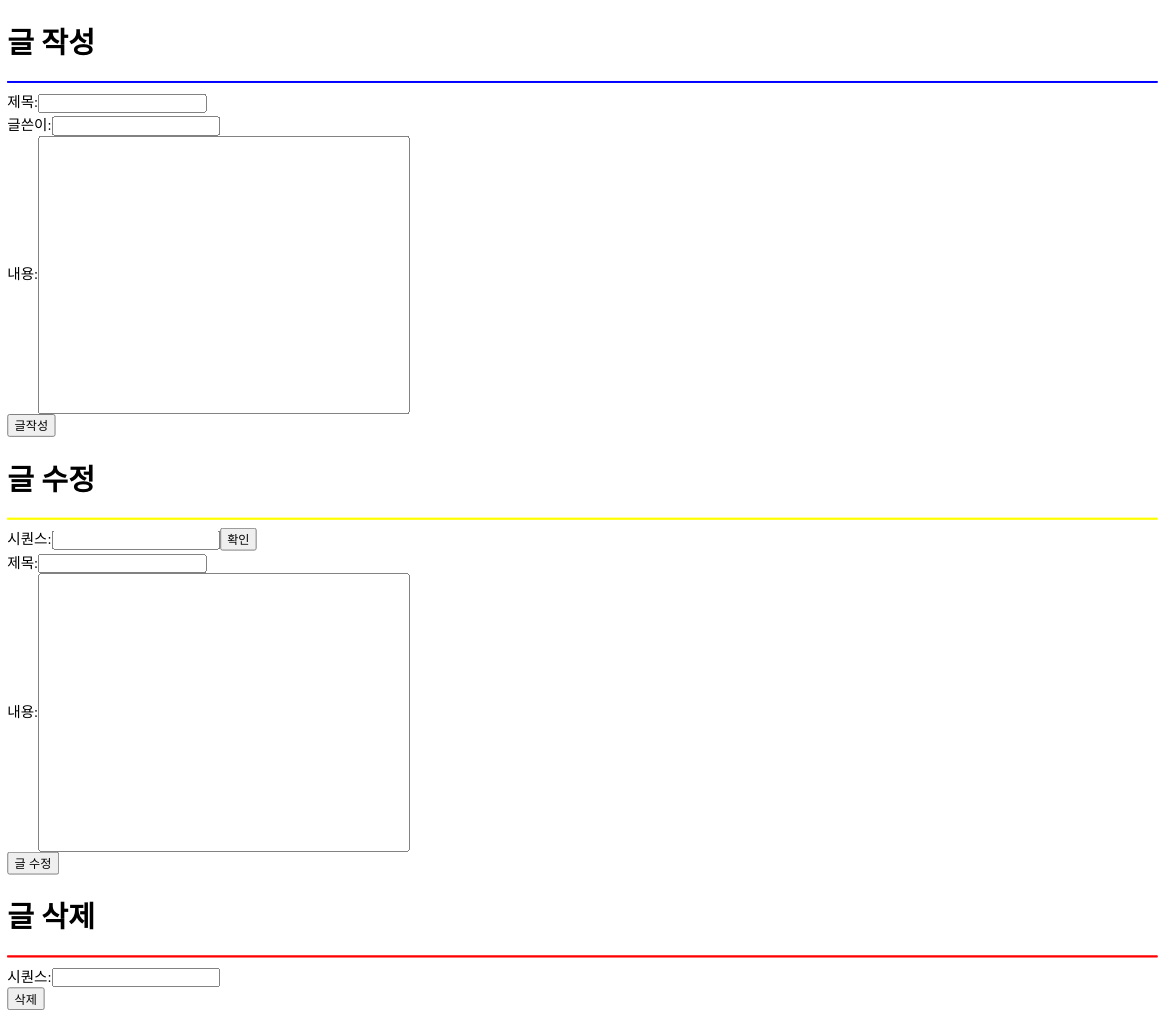
Repository: Yusubin/workEx
Page: test00/src/main/webapp/index.html
These files come from the project's save history. The page is drawn as it stood at one moment and after the next save; the edit follows.
The browser window is 1280 px wide. The pictures show the whole page, at 91% of full size.

Above is the page before, as saved 2022-02-15 01:56:23.

### test00/src/main/webapp/index.html
<!DOCTYPE html>
<html>
	<head>
	<meta charset="UTF-8">
	<title>Insert title here</title>
	</head>
	<body>
	<h1>글 작성</h1>
	<hr color="blue">
	<form action="create.jsp">
	제목:<input type="text" name="title"><br>
	글쓴이:<input type="text" name="name"><br>
	내용:<input type="text" name="content" style="width:400px; height:300px"><br>

	<button>글작성</button>


	</form>
	<h1>글 수정</h1>
	<hr color="yellow">
	<form action="update.jsp">
	시퀀스:<input type="text" name="idx"><button>확인</button><br>
	제목:<input type="text" name="title"><br>
	내용:<input type="text" name="content" style="width:400px; height:300px"><br>
	<button>글 수정</button>
	</form>

	<h1>글 삭제</h1>
	<hr color="red">
	<form action="delete.jsp">
	시퀀스:<input type="text" name="idx"><br>
	<button>삭제</button>
	</form>
</html>

After the next save:
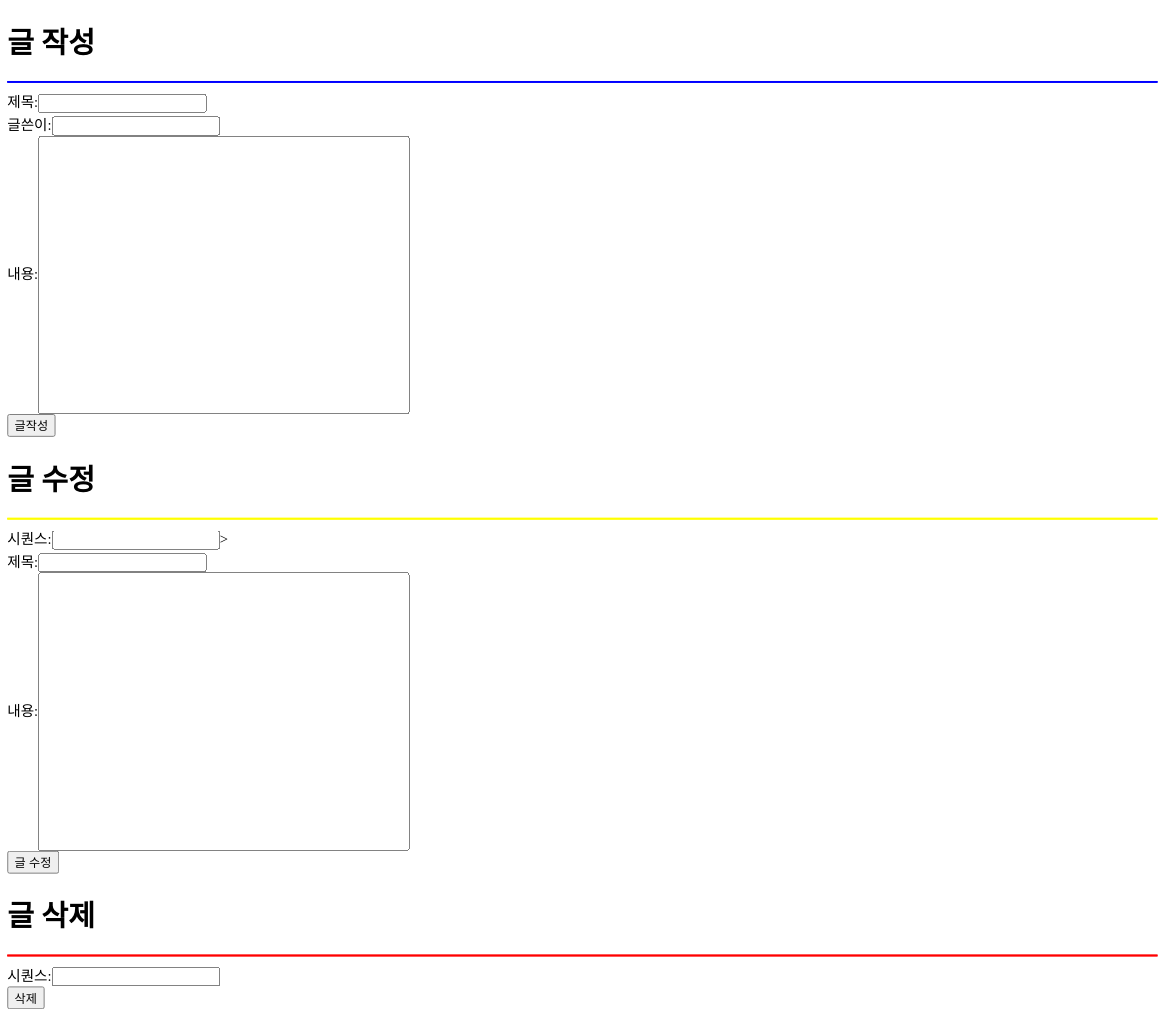
Saved 4 s later.
--- a/test00/src/main/webapp/index.html
+++ b/test00/src/main/webapp/index.html
@@ -19,7 +19,7 @@
 	<h1>글 수정</h1>
 	<hr color="yellow">
 	<form action="update.jsp">
-	시퀀스:<input type="text" name="idx"><button>확인</button><br>
+	시퀀스:<input type="text" name="idx">><br>
 	제목:<input type="text" name="title"><br>
 	내용:<input type="text" name="content" style="width:400px; height:300px"><br>
 	<button>글 수정</button>
